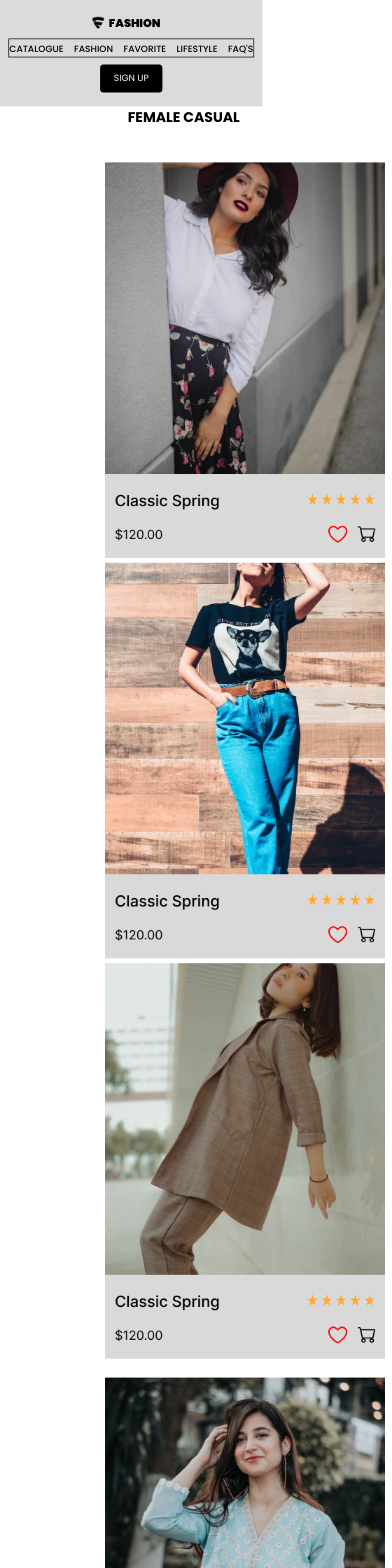
Repository: isaacCodes1/My-Project
Page: lifestyle.html
These files come from the project's save history. The page is drawn as it stood at one moment and after a run of saves; the edit follows.
The browser window is 375 px wide. The page is 560 px wide, then 550 px, so the pictures cover 560 px, including what lies to the right of the window. The pictures show the part of the page from y = 0 to 2240 px (the page is 5591 px tall before and 5549 px after), at 70% of full size.

Above is the page before, as saved 2024-03-21 18:27:15.

After the next 4 saves:
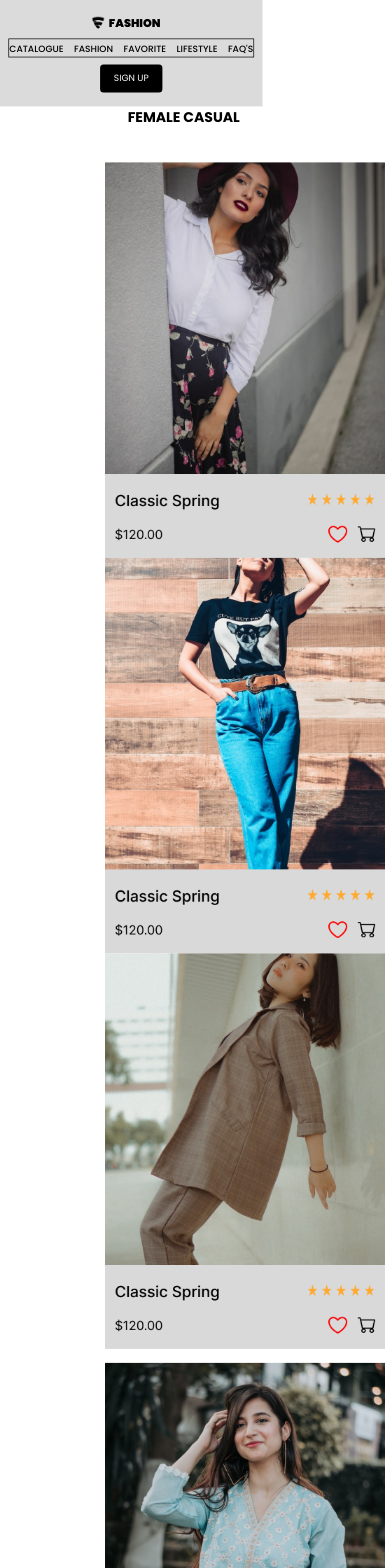
The 4 saves are shown as one change because they came seconds apart.
The last was saved 14 s later.
--- a/Media query.css
+++ b/Media query.css
@@ -156,5 +156,7 @@
     font-size: 20px;
     text-align: center;
   }
-  featuredImg
+  .featuredImg img{
+    display: flex;
+  }
 }
